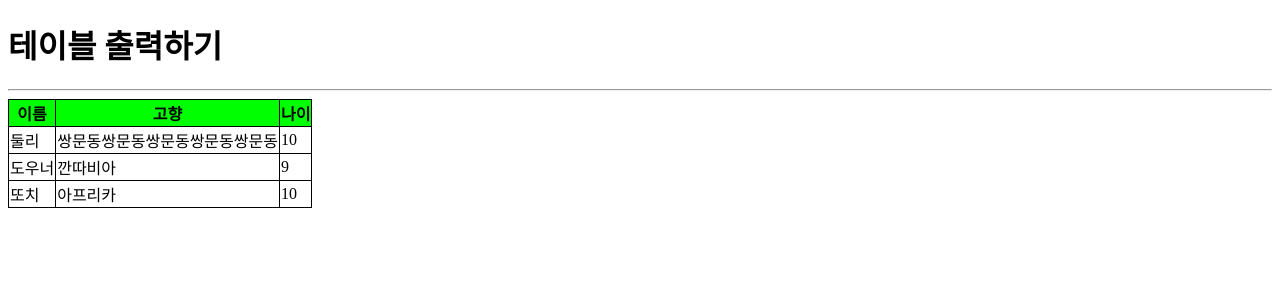
Repository: jhsnex123/web_study
Page: edu/src/main/webapp/cssexam/exam7_1.html
The author's editor kept a copy of each file at every save. The page is drawn from the files as they stood at one save, then again after the next save.
The browser window is 1280 px wide. The pictures show the whole page.

Above is the page before, as saved 2024-09-19 01:28:01.

### edu/src/main/webapp/cssexam/exam7_1.html
<!DOCTYPE html>
<html>
<head>
<meta charset="UTF-8">
<title>CSS 학습</title>
<style>
	table, th, td {
		border : 1px solid black;
		/*border : 1px dotted red;*/
		border-collapse : collapse;
	}
	th {
		background-color : lime;
	}
</style>
</head>
<body>
<h1>테이블 출력하기</h1>
<hr>
<table>
	<tr><th>이름</th><th>고향</th><th>나이</th></tr>
	<tr><td>둘리</td><td>쌍문동쌍문동쌍문동쌍문동쌍문동</td><td>10</td></tr>
	<tr><td>도우너</td><td>깐따비아</td><td>9</td></tr>
	<tr><td>또치</td><td>아프리카</td><td>10</td></tr>
</table>
</body>
</html>

After the next save:
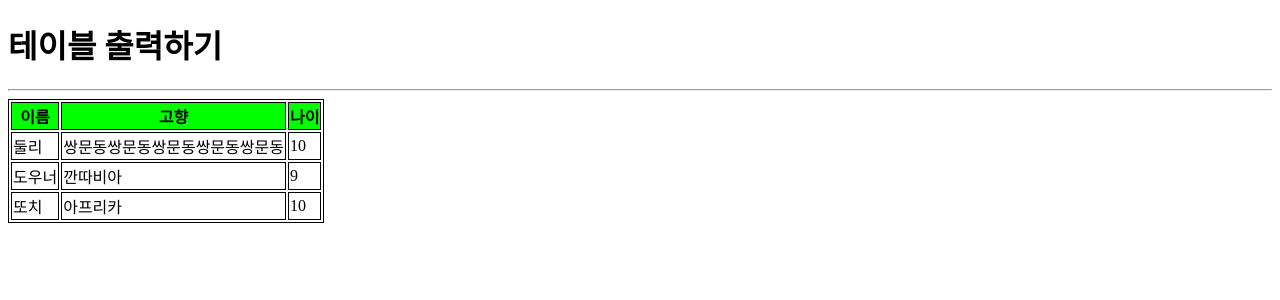
Saved 15 s later.
--- a/edu/src/main/webapp/cssexam/exam7_1.html
+++ b/edu/src/main/webapp/cssexam/exam7_1.html
@@ -7,7 +7,7 @@
 	table, th, td {
 		border : 1px solid black;
 		/*border : 1px dotted red;*/
-		border-collapse : collapse;
+		/* border-collapse : collapse;  */
 	}
 	th {
 		background-color : lime;

After the save that followed:
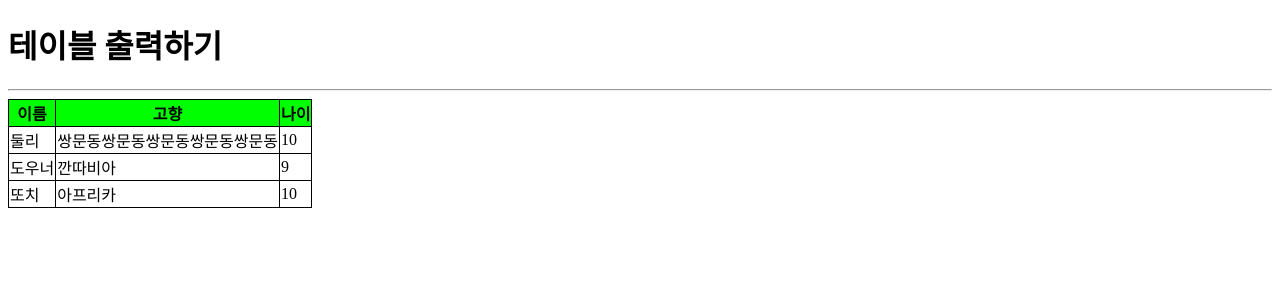
Saved 31 s later.
--- a/edu/src/main/webapp/cssexam/exam7_1.html
+++ b/edu/src/main/webapp/cssexam/exam7_1.html
@@ -7,7 +7,7 @@
 	table, th, td {
 		border : 1px solid black;
 		/*border : 1px dotted red;*/
-		/* border-collapse : collapse;  */
+		border-collapse : collapse;
 	}
 	th {
 		background-color : lime;
